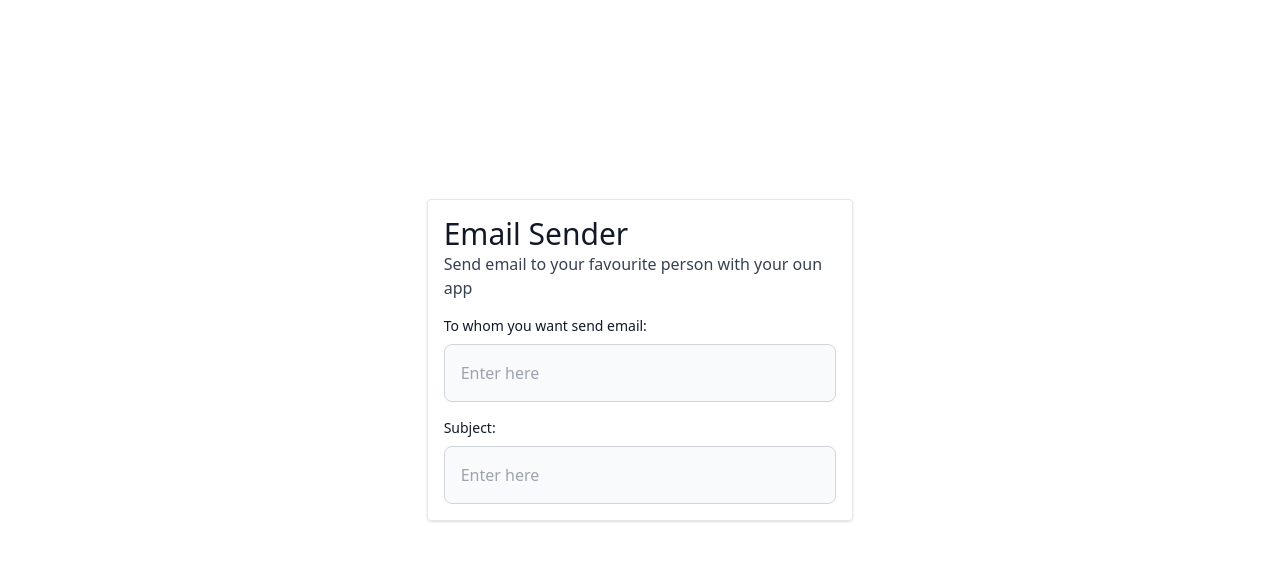
Repository: vikas-1234/EmailReactProject
Page: / (app in email-sender/)
An editor plug-in stored every save of this project. The page is shown before and after the next save, followed by the edit.
The browser window is 1280 px wide. The pictures show the whole page.
The project was rebuilt for these pictures with package versions that can differ from the ones it lists, and the page was loaded fresh each time. Also part of the build but not shown: email-sender/vite.config.js, email-sender/src/App.css.

Above is the page before, as saved 2024-04-20 14:56:44.

### email-sender/src/App.jsx

import './App.css'
import EmailSender from './components/EmailSender'

function App() {


  return (
    <>
      <EmailSender/>
    </>
  )
}

export default App

### email-sender/src/components/EmailSender.jsx

function EmailSender() {
  return (
    /* The code `<div>EmailSender</div>` is creating a JSX element in React. It is rendering a `<div>`
    element with the text content "EmailSender" inside it. This JSX element will be displayed as a
    div with the text "EmailSender" when the `EmailSender` component is rendered. */
    // <div>EmailSender</div>
    <div className="w-full min-h-screen flex justify-center items-center">



<div className="email_card w-1/3 p-4 border rounded shadow">
<h1 className="text-gray-900 text-3xl">Email Sender</h1>
<p className="text-gray-700"> Send email to your favourite person with your oun app  </p>

<form action="">

{/* To Section */}

<div className="input_field mt-4">
<label for="large-input" class="block mb-2 text-sm font-medium text-gray-900 dark:text-white" >To whom you want send email:</label>
<input type="text" placeholder="Enter here" id="large-input" class="block w-full p-4 text-gray-900 border border-gray-300 rounded-lg bg-gray-50 text-base focus:ring-blue-500 focus:border-blue-500 dark:bg-gray-700 dark:border-gray-600 dark:placeholder-gray-400 dark:text-white dark:focus:ring-blue-500 dark:focus:border-blue-500"></input>
</div>
{/* To Subject */}

<div className="input_field mt-4">
<label for="large-input" class="block mb-2 text-sm font-medium text-gray-900 dark:text-white" >Subject:</label>
<input type="text" placeholder="Enter here" id="large-input" class="block w-full p-4 text-gray-900 border border-gray-300 rounded-lg bg-gray-50 text-base focus:ring-blue-500 focus:border-blue-500 dark:bg-gray-700 dark:border-gray-600 dark:placeholder-gray-400 dark:text-white dark:focus:ring-blue-500 dark:focus:border-blue-500"></input>
</div>




</form>









    </div>
    </div>

  )
}

export default EmailSender;

### email-sender/tailwind.config.js
/** @type {import('tailwindcss').Config} */
export default {
  content: ["./index.html",
  "./src/**/*.{js,ts,jsx,tsx}",],
  theme: {
    extend: {},
  },
  plugins: [],
  darkMode:'selector',
}

Loaded but not shown: email-sender/index.html (common file); email-sender/src/main.jsx (common file); email-sender/src/index.css (common file)

After the next save:
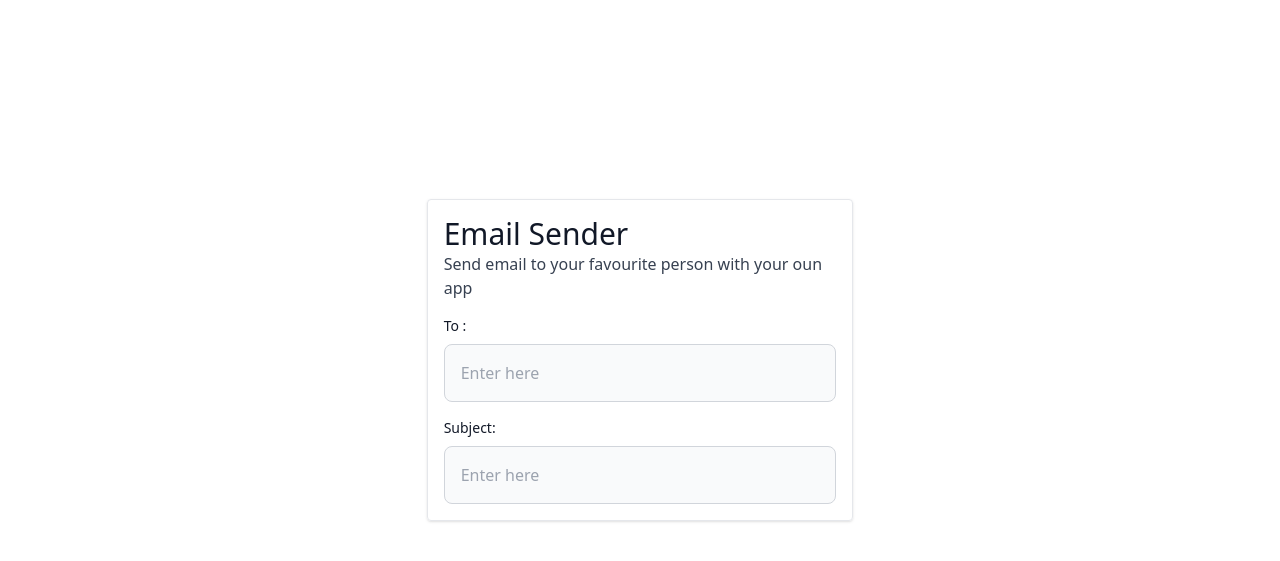
Saved 9 s later.
--- a/email-sender/src/components/EmailSender.jsx
+++ b/email-sender/src/components/EmailSender.jsx
@@ -18,7 +18,7 @@ function EmailSender() {
 {/* To Section */}
 
 <div className="input_field mt-4">
-<label for="large-input" class="block mb-2 text-sm font-medium text-gray-900 dark:text-white" >To whom you want send email:</label>
+<label for="large-input" class="block mb-2 text-sm font-medium text-gray-900 dark:text-white" >To :</label>
 <input type="text" placeholder="Enter here" id="large-input" class="block w-full p-4 text-gray-900 border border-gray-300 rounded-lg bg-gray-50 text-base focus:ring-blue-500 focus:border-blue-500 dark:bg-gray-700 dark:border-gray-600 dark:placeholder-gray-400 dark:text-white dark:focus:ring-blue-500 dark:focus:border-blue-500"></input>
 </div>
 {/* To Subject */}
